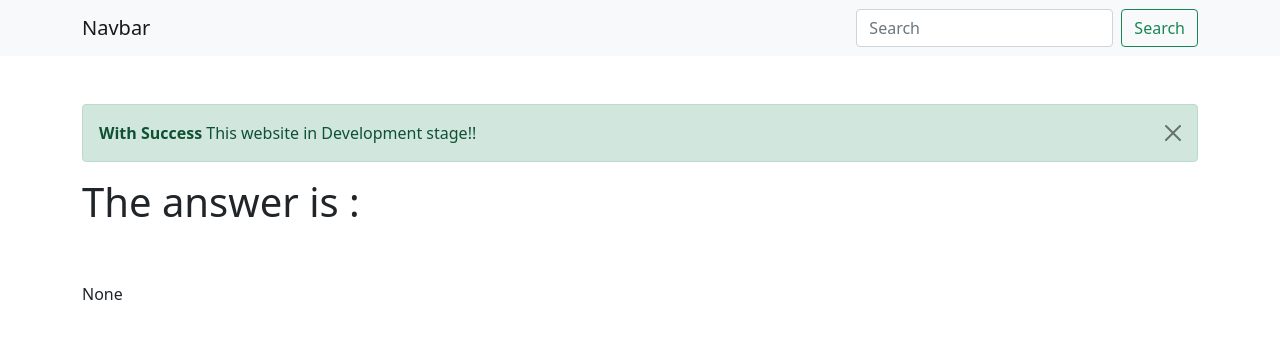
Repository: thenameisshreyank/Textutility
Page: http://localhost/analyze/
The author's editor kept a copy of each file at every save. The page is drawn from the files as they stood at one save, then again after the next save.
The browser window is 1280 px wide. The pictures show the whole page.
The page is served by the project's application, run on Django 4.2 (manage.py).

Above is the page before, as saved 2022-04-15 11:09:58.

After the next save:
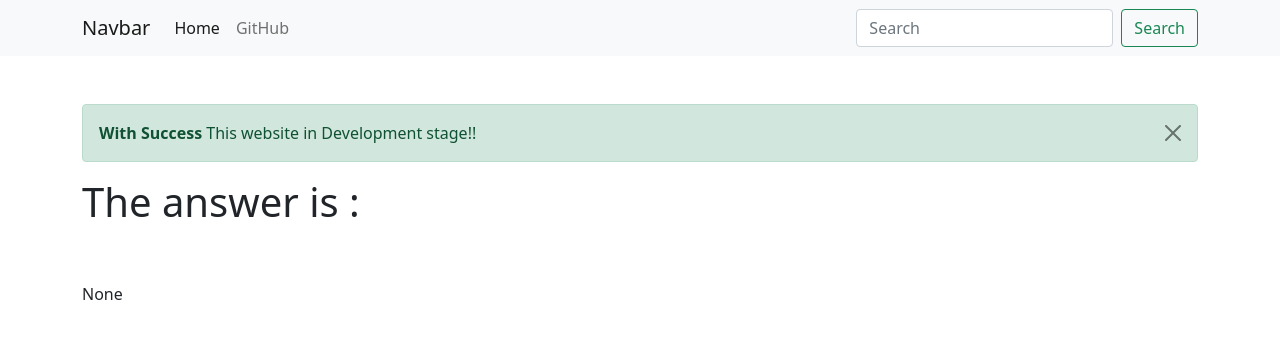
Saved 30 s later.
--- a/templates/analyze.html
+++ b/templates/analyze.html
@@ -16,7 +16,12 @@
           </button>
           <div class="collapse navbar-collapse" id="navbarSupportedContent">
             <ul class="navbar-nav me-auto mb-2 mb-lg-0">
-
+                <li class="nav-item">
+                    <a class="nav-link active" aria-current="page" href="http://127.0.0.1:8000/">Home</a>
+                  </li>
+                  <li class="nav-item">
+                    <a class="nav-link" href="https://github.com/thenameisshreyank">GitHub</a>
+                  </li>
 
 
 
